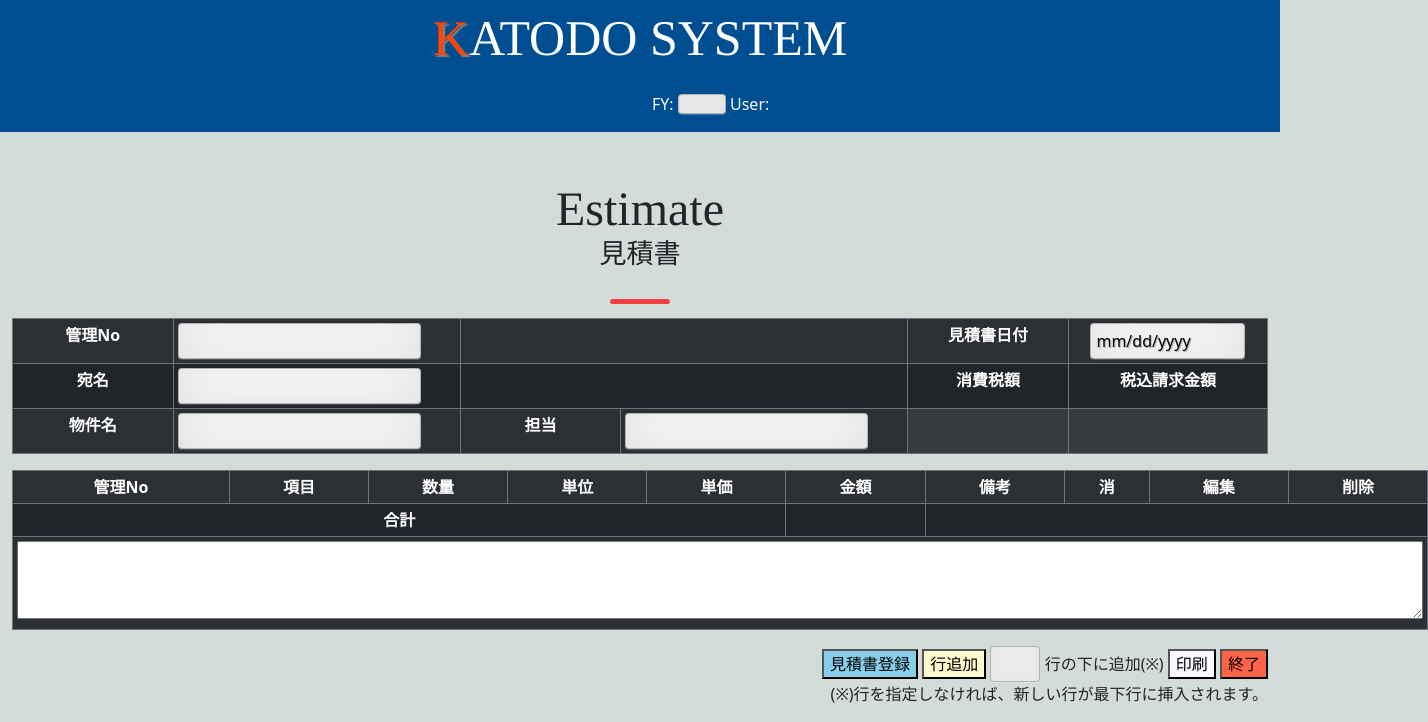
Repository: naokl331/spring
Page: http://localhost/edetail
An editor plug-in stored every save of this project. The page is shown before and after the next save, followed by the edit.
The browser window is 1280 px wide. The page is 1428 px wide, so the pictures cover 1428 px, including what lies to the right of the window. The pictures show the whole page.
The page is this project's Thymeleaf template; nobody is signed in. The template is opened directly, without the code that normally fills it, so the values that code supplies are empty.

Above is the page before, as saved 2023-06-22 01:22:45.
Console error: ReferenceError: $ is not defined

### katodo/src/main/resources/templates/edetail.html
<!DOCTYPE html>
<html xmlns:th="http://www.thymeleaf.org">
<head>
<meta charset="UTF-8">
<title>Insert title here</title>
<link rel="stylesheet" href="css/edetail.css">
<script src="js/edetail.js"></script>
</head>
<body>
	<div th:replace="~{header2.html}"></div>

	<div class="container-fluid justify-content-center">

		<h3 class="text-center my-4">Estimate<span>見積書</span></h3>

		<div class="row">
			<div class="col">

				<table class="table table-sm table-bordered table-striped table-dark border-secondary">
					<!-- 1段目 -->
					<tr>
						<th class="text-center tag">管理No</th>
						<td class="in"><input type="text" name="kanri_no" th:value="${edd.kanri_no}" readonly></td>
						<th colspan="2"></th>
						<th class="text-center tag">見積書日付</th>
						<td class="text-center in"><input type="date" name="e_date" th:value="${edd.e_date}" readonly></td>
					</tr>

					<!-- 2段目 -->
					<tr>
						<th class="text-center tag">宛名</th>
						<td class="in"><input type="text" name="tokuisaki_name" th:value="${edd.tokuisaki_name}" readonly></d>
						<th colspan="2"></th>
						<th class="text-center">消費税額</th>
						<th class="text-center">税込請求金額</th>
					</tr>

					<!-- 3段目 -->
					<tr>
						<th class="text-center tag">物件名</th>
						<td class="in"><input type="text" name="bukken_name" th:value="${edd.bukken_name}" readonly></td>
						<th class="text-center tag">担当</th>
						<td class="in"><input type="text" name="tanto" value="" readonly></td>

						<td class="text-center table-active tax"></td>
						<td class="text-center table-active tax"></td>
					</tr>

				</table>

				<!--２つ目のテーブル-->
				<table class="table table-sm table-bordered table-striped table-dark border-secondary">
					<!-- 1段目 カラム名 -->
					<tr>
						<th class="text-center">管理No</th>
						<th class="text-center" colspan="3">項目</th>
						<th class="text-center">数量</th>
						<th class="text-center">単位</th>
						<th class="text-center">単価</th>
						<th class="text-center">金額</th>
						<th class="text-center">備考</th>
						<th class="text-center">消</th>
						<th class="text-center">編集</th>
						<th class="text-center">削除</th>

					</tr>

					<!-- 2段目 -->
					<tr th:each="map:${edd.list}">

		                <td class="text-center" th:text="${map.kanri_no}"></td>
		                <td class="text-center" th:text="${map.koji1}"></td>
		                <td class="text-center" th:text="${map.koji2}"></td>
		                <td class="text-center" th:text="${map.koji3}"></td>
		                <td class="text-center" th:text="${map.suryo}"></td>
		                <td class="text-center" th:text="${map.tani}"></td>
		                <td class="text-center" th:text="${map.tanka}"></td>
		                <td class="text-center" th:text="${map.kingaku}"></td>
		                <td class="text-center" th:text="${map.biko}"></td>
		                <td class="text-center"><input type="checkbox" th:value="${map.tax_flg}"></td>
		                <td class="text-center">
							<form action="editRecord">
								<input type="hidden" name="kanri_no" th:value="${edd.kanri_no}">
								<input type="hidden" name="rec_no" th:value="${map.rec_no}">
		                        <button class="btn btn-success">編集</button>
		                    </form>
		                </td>
		                <td class="text-center"><input type="button" class="btn btn-danger" value="削除"></td>
					</tr>

					<!-- 3段目 -->
					<tr>
						<th class="text-center" colspan="7">合計</th>
						<th colspan="1"></th>
						<th colspan="4"></th>
					</tr>

					<!-- 4段目 謎のフォーム -->
					<tr>
						<th class="text-center" colspan="12"><textarea rows="3%" cols="150%" name="comment"></textarea ></th>
					</tr>

				</table>

			<div class="text-end">
				<form>
					<button class="btn_regist">見積書登録</button>
				</form>

				<form>
					<button class="btn_add">行追加</button>
				</form>

					<input type="number" style="width:50px;">
					<span>行の下に追加(※)</span>

					<button class="btn_print">印刷</button>

				<form action="edEdit" onsubmit="return closepage()">
					<input type="hidden" name="kanri_no" th:value="${edd.kanri_no}">
					<button class="btn_exit">終了</button>
				</form>

				<p>
				(※)行を指定しなければ、新しい行が最下行に挿入されます。
				</p>
			</div>



			</div>
		</div>

	</div>
</body>
</html>

### katodo/src/main/resources/templates/header2.html
<!DOCTYPE html>
<html xmlns:th="http://www.thymeleaf.org">
<head>
<meta charset="UTF-8">
<title>header</title>
<link rel="stylesheet" href="css/bootstrap.css">
<link rel="stylesheet" href="css/header.css">
<style>
	.header{background-color: #6c848d; color: ghostwhite;}
	body{background-color: #d4dcda;}
</style>
</head>
<body>
	<div class="container-fluid header">
		<div class="row">
			<h1 class="text-center my-2">Katodo System</h1>
		</div>

		<div class="row justify-content-end py-3">
			<div class="col-6">
				<label>FY:</label>
				<input class="nendo" type="text" th:value="${session.year}" readonly>
				<label>User:</label>
				<span th:text="${session.name}"></span>
			</div>
		</div>
	</div>
</body>
</html>

### katodo/src/main/resources/static/css/edetail.css
@charset "UTF-8";

.tax{background-color: white;}
.in{ width:10%;}
.tag{width:10%;}
form{display: inline;}

.btn_regist{background-color: skyblue;}
.btn_add{background-color: lemonchiffon;}
.btn_print{background-color: ghostwhite;}
.btn_exit{background-color: tomato;}


input {
  margin-bottom: 10px;
  background: white;
  border: none;
  outline: none;
  padding: 5px;
  font-size: 13px;
  color: black;
  text-shadow: 1px 1px 1px rgba(0,0,0,0.3);
  border: 1px solid rgba(0,0,0,0.3);
  border-radius: 4px;
  box-shadow: inset 0 -5px 45px rgba(100,100,100,0.2), 0 1px 1px rgba(255,255,255,0.2);
  -webkit-transition: box-shadow .5s ease;
  -moz-transition: box-shadow .5s ease;
  -o-transition: box-shadow .5s ease;
  -ms-transition: box-shadow .5s ease;
  transition: box-shadow .5s ease;
}
input:focus { box-shadow: inset 0 -5px 45px rgba(100,100,100,0.4), 0 1px 1px rgba(255,255,255,0.2); }

### katodo/src/main/resources/static/js/edetail.js


let modal1;
let modal2;
let modal3;
let modal4;


$(function(){
	modal1 = $(".mdl1").modaal({type:'ajax'});
	modal2 = $(".mdl2").modaal({type:'ajax'});
	modal3 = $(".mdl3").modaal({type:'ajax'});
	modal4 = $(".mdl4").modaal({type:'ajax'});
});


//工事１選択
function choiceKoji1(name){
	$("#koji1").val(name);
	modal1.modaal("close");
}

//工事２選択
function choiceKoji2(name){
	$("#koji2").val(name);
	modal2.modaal("close");
}

//工事３選択
function choiceKoji3(name){
	$("#koji3").val(name);
	modal3.modaal("close");
}

//単位選択
function choiceTani(name){
	$("#tani").val(name);
	modal4.modaal("close");
}


function closepage(){
	if(window.confirm("登録を中止して、見積・納品データ編集登録画面に戻ります。よろしいですか？")){
		return true;
	}
	return false;

}

function closepage2(){
	if(window.confirm("登録を中止して、見積書作成画面に戻ります。よろしいですか？")){
		return true;
	}
	return false;

}

### katodo/src/main/resources/static/css/header.css
.header{
  background:#000428;
  -webkit-animation:colour 10s linear infinite;

}
@-webkit-keyframes colour{
  0%{
    background:#000428
  }

  50%{
    background:#004e92
  }

  100%{
    background:#000428
  }

}

.nendo{
	width: 48px;
	height: 20px;
}

h1:first-letter {
  color        : orangered;
  text-shadow   : 2px 2px 1px grey;
}


h1{
  font-family:Times;
  margin-top:100px;
  color:#fff;
  font-size:50px;
  text-align:center;
  text-transform:uppercase;
}


h3 {
  font-family:Times;
  font-size: 3rem;
  position: relative;
  padding: 1.5rem;
  text-align: center;
}

h3 span {
  font-size: 1.7rem;
  display: block;
}

h3:before {
  position: absolute;
  bottom: -10px;
  left: calc(50% - 30px);
  width: 60px;
  height: 5px;
  content: '';
  border-radius: 3px;
  background: #fa4141;
}

Loaded but not shown: katodo/src/main/resources/static/css/bootstrap.css (library)

After the next save:
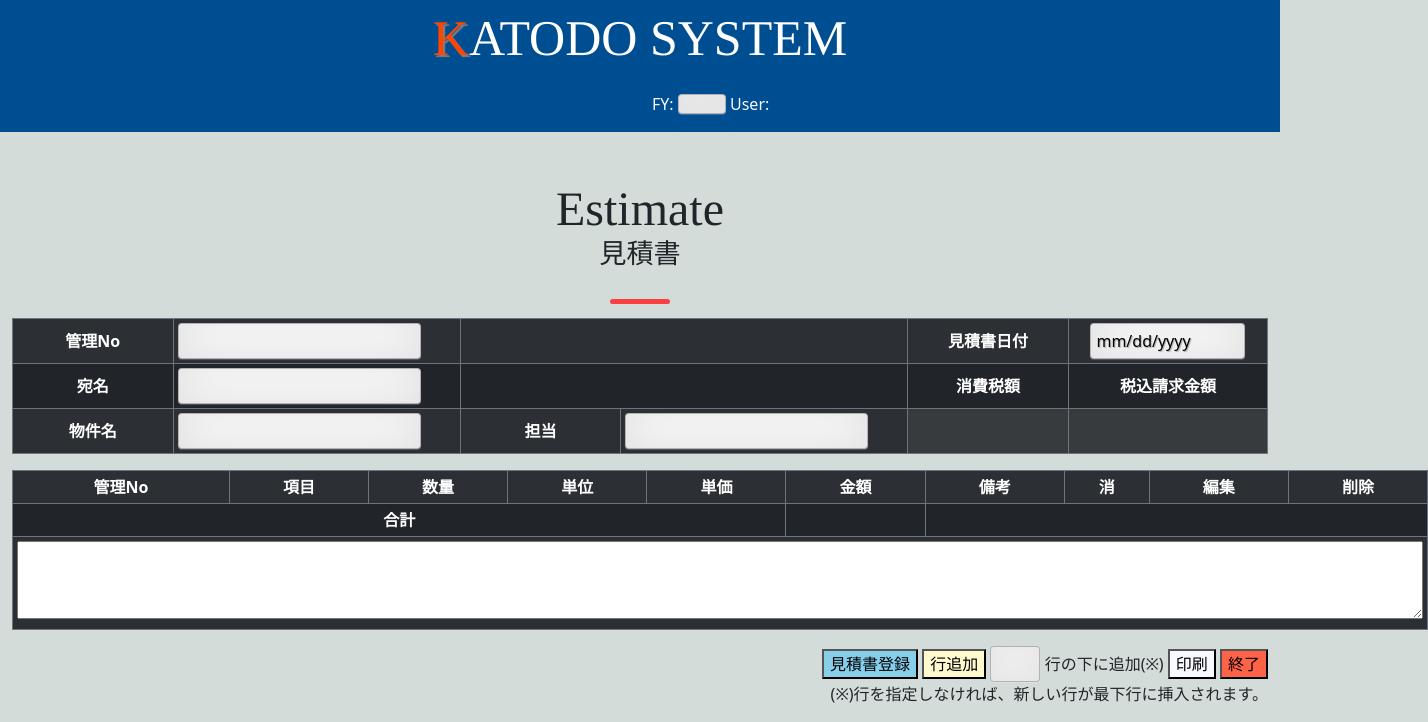
Saved 3 min 44 s later.
--- a/katodo/src/main/resources/static/css/edetail.css
+++ b/katodo/src/main/resources/static/css/edetail.css
@@ -30,3 +30,7 @@ input {
   transition: box-shadow .5s ease;
 }
 input:focus { box-shadow: inset 0 -5px 45px rgba(100,100,100,0.4), 0 1px 1px rgba(255,255,255,0.2); }
+
+.text-center{
+	vertical-align: middle;
+}
